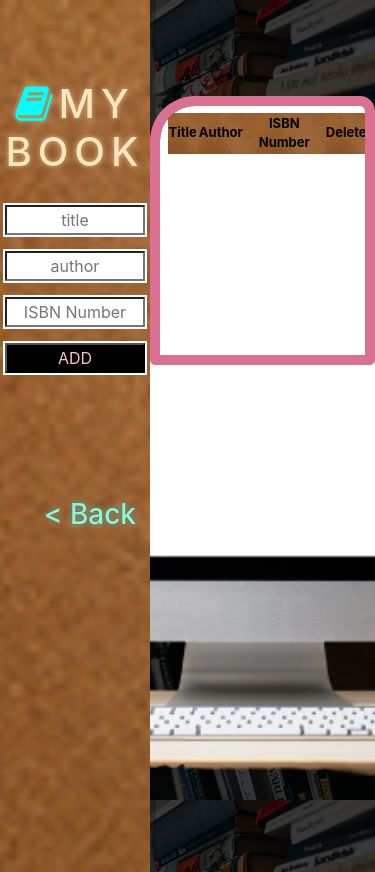
Repository: CSituma/Home-Library-App
Page: libu.html
An editor plug-in stored every save of this project. The page is shown before and after the next save, followed by the edit.
The browser window is 375 px wide. The pictures show the whole page.
Backgrounds fixed to the window are drawn as part of the page. Some web libraries are served in a nearby version.

Above is the page before, as saved 2020-11-10 21:08:58.

### libu.html
<!DOCTYPE html>
<html lang="en">
<head>
    <meta charset="UTF-8">
    <meta name="viewport" content="width=device-width, initial-scale=1.0">
    <meta http-equiv="X-UA-Compatible" content="ie=edge">
    <link rel="stylesheet" href="style.css">
    <link rel="stylesheet" href="https://cdnjs.cloudflare.com/ajax/libs/font-awesome/4.7.0/css/font-awesome.min.css"/>
<link rel="stylesheet" href="https://stackpath.bootstrapcdn.com/bootstrap/4.5.0/css/bootstrap.min.css" integrity="sha384-9aIt2nRpC12Uk9gS9baDl411NQApFmC26EwAOH8WgZl5MYYxFfc+NcPb1dKGj7Sk" crossorigin="anonymous"/>
<link rel="stylesheet" href="https://cdnjs.cloudflare.com/ajax/libs/animate.css/4.0.0/animate.min.css"/>
  <title>BOOK TRACKER</title>
</head>
<body>
    <div class="columns">
        <div class="js">

            <h1><i class="fa fa-book"></i>MY BOOK</h1>
            <form id="form">
                <input type= "text" id= "title"  placeholder="title">
                <input type= "text" id= "author" placeholder="author" >
                <input type= "text" id= "number" placeholder="ISBN Number">
                <input type= "submit"id= "button" value="ADD">
            </form>
        <h3> <a href= "./index.html"> < Back </a></h3>
        </div>
        <div class="storage" >
              <div class="storage_items">
        <table id="table">
            <thead>
                <tr>
                <th id="title">Title</th>
                <th>Author</th>
                <th>ISBN Number</th>
                <th>Delete</th>
                </tr>
                </thead>
                <tbody class="Booklist" id="booklist">
                </tbody>
            </table>
            </div>
        </div>
</div>
    <script src="lib.js"></script>
 </body>
 </html>

### style.css
/*homepage//////////////*/
body,
html {
  max-width: 100%;
  margin: 0;
  padding: 0;
  max-height: 100%;
  background: url("./images/sandra-seitamaa-qkIWnKtGhg4-unsplash.jpg")
    center/cover no-repeat fixed;
}

.container {
  margin: 10em 20em 20em 20em;
  height: 400px;
  width: 40%;
  background-color: rgba(146, 116, 15, 0.445);
  text-align: center;
}

.lol {
  padding-top: 5em;
  font-weight: 800;
  font-style: italic;
}
span {
  color: yellow;
  font-weight: 400;
}
#lolone {
  color: ghostwhite;
}

h3 {
  padding-top: 4em;
  float: right;
  margin-right: 0.5em;
  font-weight: 900;
  font-size: 2rem;
  text-shadow: 0 0 3px #FF0000, 0 0 5px aqua;
}

h3 a {
  text-decoration: none;
 color: aquamarine;

}

h3 a:hover {
  text-decoration: none;
  color: burlywood;
}

#you {
  padding: 1rem;
  color: gold;
}

/*library////////////////*/
.columns {
  display: flex;
  justify-content: space-between;
  max-width: 100%;
  max-height: 100%;
  background: rgba(0, 0, 0, 0.692) fixed;

}
h1{
  letter-spacing: 6px;
  text-shadow: 0 0 3px olive, 0 0 5px pink;
  padding-top:2em;
  margin: 0;
  color: bisque;

}
table {
  background: black;
  width: 100%;
  margin:0.5em;
  margin-left:0.2em;
  text-align: center;
  color:white;

}


td{
  margin: 2em;
}
tr{
  border-left: white 5px solid;
  height: 40px;
}
th {
  color: black;
  background:url('./images/josephine-bredehoft-KsAo8ouBn8A-unsplash.jpg') center/cover no-repeat;
  outline: none;
}
tbody tr:nth-child(odd){
  background:white;
 color: olive;
}
tbody tr:nth-child(odd):hover {
  box-shadow: 0 0 0 2px white;

}
tbody tr:nth-child(even){
background:black;

}
tbody tr:nth-child(even):hover{
  box-shadow: 0 0 0 2px gray;
}

 .fa {
   color:aqua;
 }
 .fa:hover{
   font-size:1.3em;
 }
form {
  padding: 0.3em;
  margin-top: 1em;
}

form input {
  width: 100%;
  margin: 0.5em 0;
  -webkit-box-shadow: 0 0 0 2px white;
  box-shadow: 0 0 0 2px white;
}

:placeholder-shown {
  text-align: center;
}

#button {
  color: pink;
  background-color: black;
}

/*/////////////////////////////////*/
.storage_items {

  background-color: white;
  width:100%;
  max-height: 70%;
  margin-left: 8em;
  margin-top: 5em;
  margin-bottom: 2em;
  border: rgb(0, 0, 0) 5px solid;
  border-style: groove;
  padding-bottom: 15em;
  overflow: scroll;
  scroll-behavior: smooth;
  scrollbar-width: 2px;
}
.storage {
  background:url("./images/1463-removebg-preview.png") center/cover no-repeat;
  width: 60%;
  height: 85vh;
  margin: 6em 3em 6em 0;
  border-radius: 3px;

}
.js {
  -webkit-box-shadow: 0 0 0 6px rgba(0, 0, 0, 0.191);
  box-shadow: 0 0 0 6px rgba(0, 0, 0, 0.191);
  text-align: center;
  width: 40%;
  margin: 6em 0em 6em 3em;
  background: url("./images/josephine-bredehoft-KsAo8ouBn8A-unsplash.jpg")
    center/cover no-repeat;
}

@media screen and (max-width:1000px) {
  .storage{
    margin-right: 0;

    background: url("./images/719-removebg-preview.png") center/cover no-repeat;
  }
  .storage_items{
    margin:0;
    font-size: 13px;
   border: 10px solid black;
   border-radius: 45px;
   border-bottom-right-radius:5px;
   border-bottom-left-radius:5px;
   border-top-right-radius:15px;

   padding:0;
   padding-bottom: 15em;

}

.js{
  margin: 0;}


}

@media screen and (min-width:1000px) {

 .storage_items{
  max-height: 60%;
    background-color: white;
    width: 400px;
    height: 50%;
    margin-left: 10em;
    margin-top: 5.5em;

  }


 }

 @media screen and (max-width:500px)
 {
  .storage{
    margin-right: 0;

    background: url("./images/719-removebg-preview.png") center/cover no-repeat;
  }
  .storage_items{
    margin:0;
    font-size: 13px;
   border: 10px solid palevioletred;
   border-radius: 45px;
   border-bottom-right-radius:5px;
   border-bottom-left-radius:5px;
   border-top-right-radius:15px;

   padding:0;
   padding-bottom: 15em;

}

.js{
  margin: 0;}




 }

### lib.js
// Book Class: Represents a Book
class Book {
  constructor(title, author, isbn) {
    this.title = title;
    this.author = author;
    this.isbn = isbn;
  }
}

// UI Class: Handle UI Tasks
class UI {
//display Books.//
static displayBooks () {
 const books = Store.getBooks();
 books.forEach(((book) =>
  UI.addBookToList(book)));
}


//addbooks
static addBookToList(book) {

const bookList = document.querySelector('#booklist');
const row = document.createElement('tr');

row.innerHTML= `<td>${book.title} </td>
               <td>${book.author}</td>
               <td>${book.isbn}</td>
              <td><i class="fa fa-trash-o"></i></td>`;

bookList.appendChild(row);

}


//deletebooks
static deleteBook(el){
 if(el.classList.contains('fa')){
   el.parentElement.parentElement.remove();
  }}

////show alert msg
static showAlert(message, className){
const div = document. createElement('div');
div.className = `alert alert-${className}`;
div.appendChild(document.createTextNode(message));
const button = document.getElementById('button');
const form = document.getElementById('form');


form.insertBefore(div, button);


//message vanishing//

setTimeout(() => {
  document.querySelector('.alert').remove();
}, 3000);

}

//clear fields//

static clearFields() {
  document.querySelector('#title').value = '';
  document.querySelector('#author').value = '';
  document.querySelector('#number').value = '';
}

}

///Events:
/* 1. Display Books */

document.addEventListener('DOMContentLoaded', UI.displayBooks);

/* 2. Add Books*/
document.querySelector("#form").addEventListener('submit',(e) =>
{
e.preventDefault();
///get form values//
const title = document.querySelector('#title').value;
const author = document.querySelector('#author').value;
const isbn = document.querySelector('#number').value;

  // Validate
 if(title ===''|| author===''|| isbn===''){
   UI.showAlert('Please fill in the Form', 'danger')
 }
else{
  //instantiate Book
  const book = new Book(title,author,isbn);

//////Adding
UI.addBookToList(book);

Store.addBook(book);

///Show Sucess Message
UI.showAlert('Added', 'success');
//Clearfields
UI.clearFields();


 }
}
);


/////3. Remove BOOK////
document.querySelector('#booklist').addEventListener('click', (e)=>{
e.preventDefault();
//deleting from UI

UI.deleteBook(e.target);
///deleting from Store
Store.removeBook(e.target.parentElement.previousElementSibling.textContent);
//Message
UI.showAlert('Book Deleted', 'danger');

}
);

///localStorage
class Store{
  static getBooks(){
    let books;
   if (localStorage.getItem('books') === null){
     books = [];
   }
   else {
     books = JSON.parse(localStorage.getItem('books'));
   }
   return books;
  }

  static addBook(book){
    const books= Store.getBooks();
    books.push(book);
   localStorage.setItem('books',JSON.stringify(books));
  }
  static removeBook(isbn) {
    const books = Store.getBooks();

    books.forEach((book, index) => {
      if(book.isbn === isbn) {
        books.splice(index, 1);
      }
    });
    localStorage.setItem('books', JSON.stringify(books));
  }
}

After the next save:
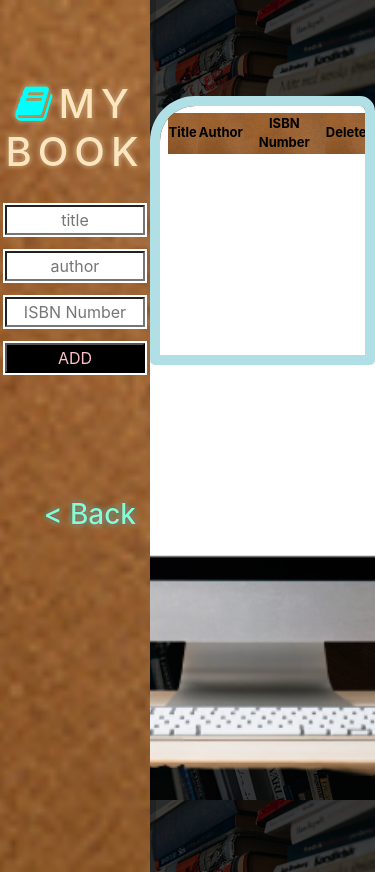
Saved 17 s later.
--- a/style.css
+++ b/style.css
@@ -223,7 +223,7 @@ form input {
   .storage_items{
     margin:0;
     font-size: 13px;
-   border: 10px solid palevioletred;
+   border: 10px solid powderblue;
    border-radius: 45px;
    border-bottom-right-radius:5px;
    border-bottom-left-radius:5px;
